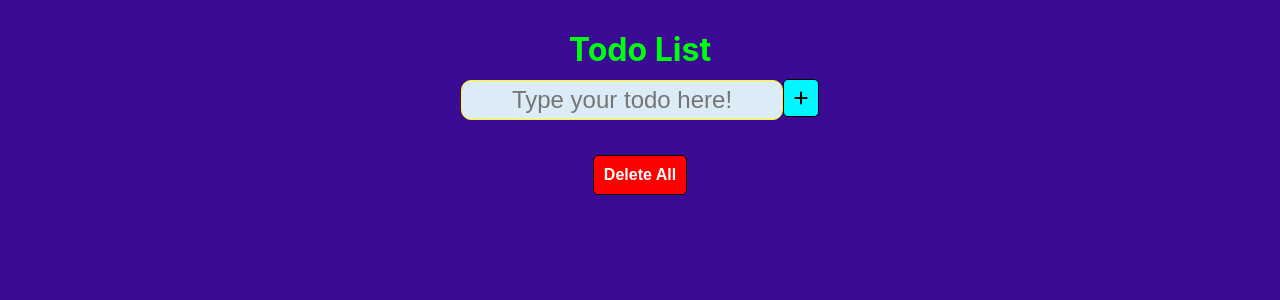
Repository: badhon252/todo-app
Page: /
An editor plug-in stored every save of this project. The page is shown before and after the next save, followed by the edit.
The browser window is 1280 px wide. The pictures show the whole page.
The project was rebuilt for these pictures with package versions that can differ from the ones it lists, and the page was loaded fresh each time.

Above is the page before, as saved 2022-01-26 15:18:35.

After the next save:
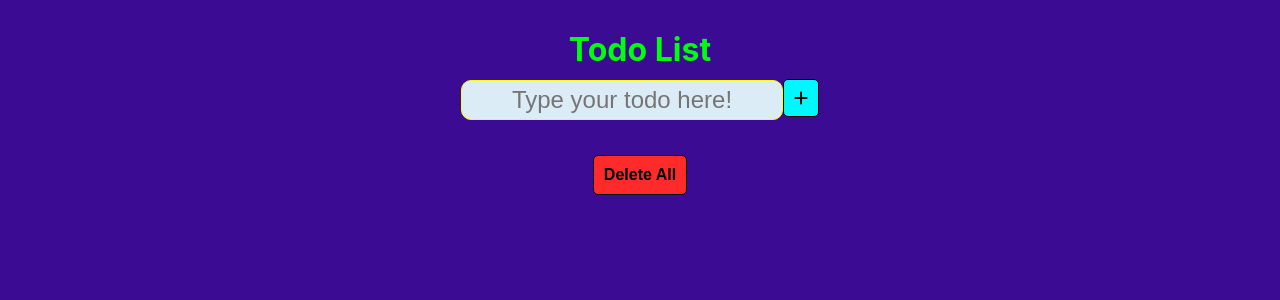
Saved 25 s later.
--- a/src/Styles/style.css
+++ b/src/Styles/style.css
@@ -65,8 +65,8 @@ h1 {
 }
 
 .delete-all {
-  background-color: red;
-  color: #fff;
+  background-color: rgb(255, 42, 42);
+  color: rgb(0, 0, 0);
   font-weight: 600;
   border: 1px solid black;
   border-radius: 5px;
